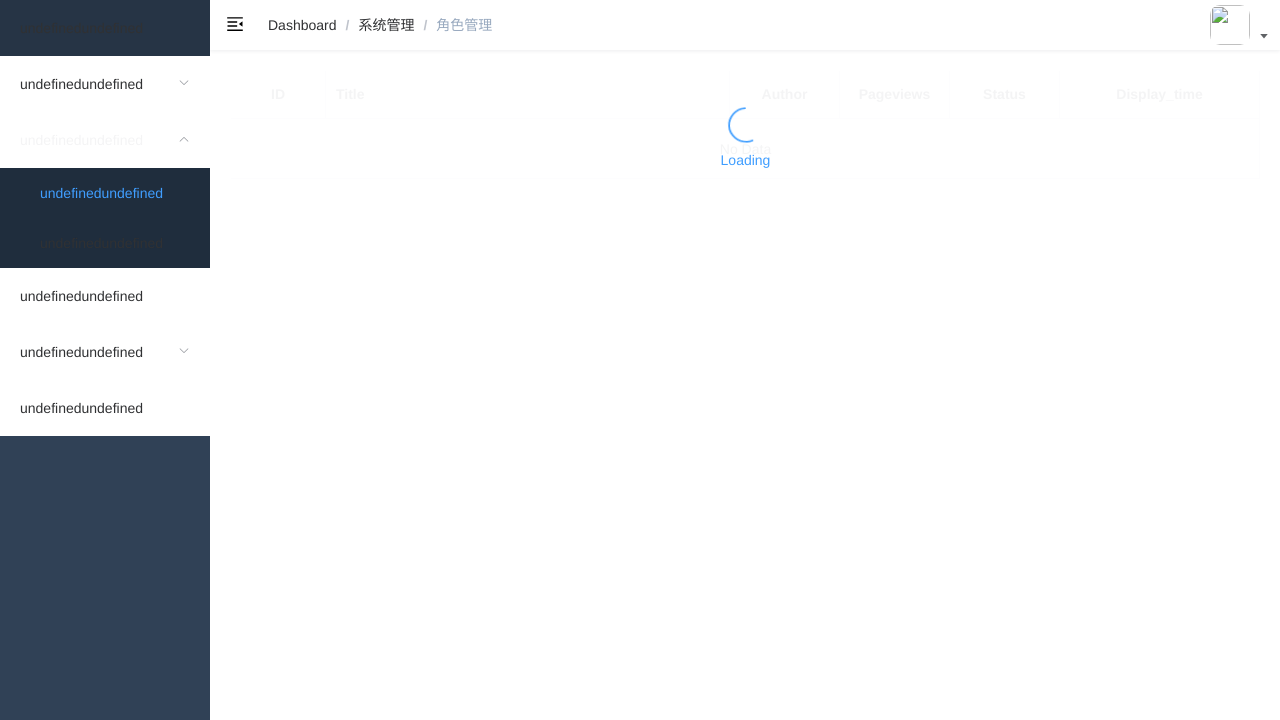
Repository: Ragnarokoo/perm-auth-front
Page: /#/system/sysRole (app in system-front/)
These files come from the project's save history. The page is drawn as it stood at one moment and after the next save; the edit follows.
The browser window is 1280 px wide. The pictures show the whole page.
The page's requests for data from a server got no answer. The project was rebuilt for these pictures with package versions that can differ from the ones it lists, and the page was loaded fresh each time. No one was signed in, and anything a server would have sent is missing. Also part of the build but not shown: system-front/vue.config.js, system-front/src/layout/components/Sidebar/Logo.vue, system-front/src/styles/variables.scss, system-front/src/components/SvgIcon/index.vue. Imported but missing from the stored project, and not drawn on this page: system-front/src/permission.

Above is the page before, as saved 2022-10-31 17:27:39.

After the next save:
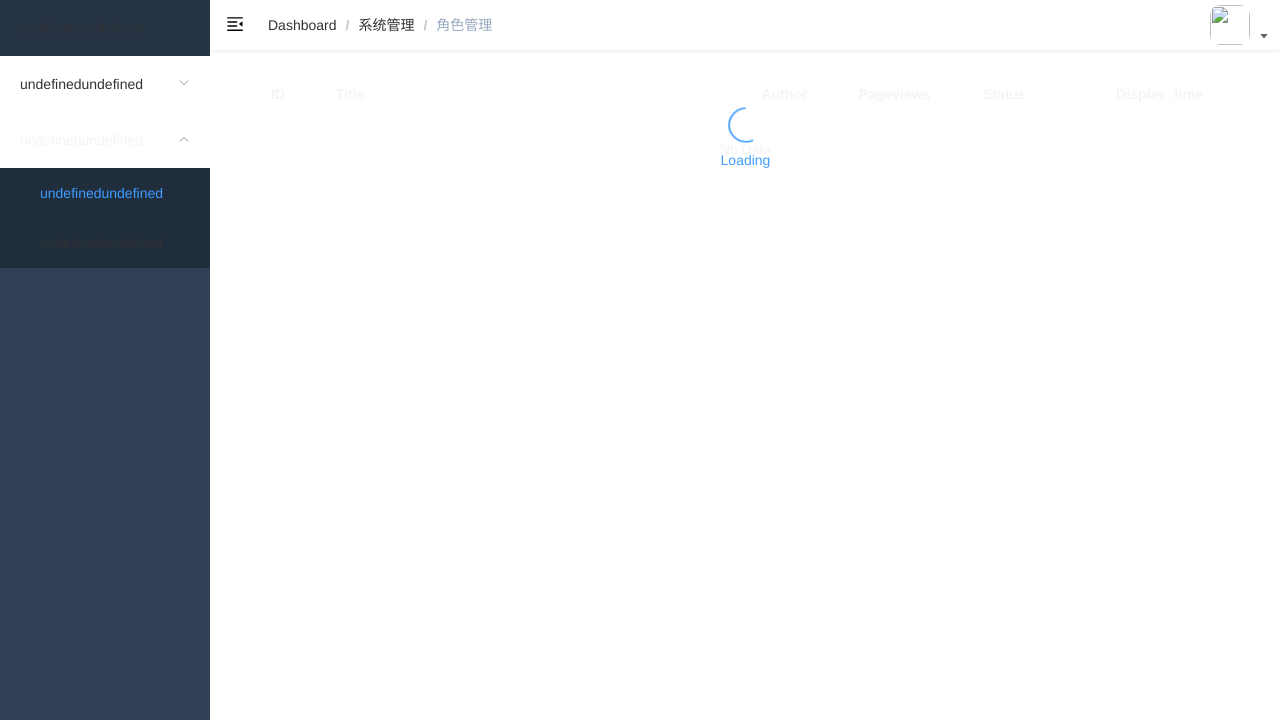
Saved 41 s later.
--- a/system-front/src/router/index.js
+++ b/system-front/src/router/index.js
@@ -101,91 +101,6 @@ export const constantRoutes = [
     ],
   },
 
-  {
-    path: "/form",
-    component: Layout,
-    children: [
-      {
-        path: "index",
-        name: "Form",
-        component: () => import("@/views/form/index"),
-        meta: { title: "Form", icon: "form" },
-      },
-    ],
-  },
-
-  {
-    path: "/nested",
-    component: Layout,
-    redirect: "/nested/menu1",
-    name: "Nested",
-    meta: {
-      title: "Nested",
-      icon: "nested",
-    },
-    children: [
-      {
-        path: "menu1",
-        component: () => import("@/views/nested/menu1/index"), // Parent router-view
-        name: "Menu1",
-        meta: { title: "Menu1" },
-        children: [
-          {
-            path: "menu1-1",
-            component: () => import("@/views/nested/menu1/menu1-1"),
-            name: "Menu1-1",
-            meta: { title: "Menu1-1" },
-          },
-          {
-            path: "menu1-2",
-            component: () => import("@/views/nested/menu1/menu1-2"),
-            name: "Menu1-2",
-            meta: { title: "Menu1-2" },
-            children: [
-              {
-                path: "menu1-2-1",
-                component: () =>
-                  import("@/views/nested/menu1/menu1-2/menu1-2-1"),
-                name: "Menu1-2-1",
-                meta: { title: "Menu1-2-1" },
-              },
-              {
-                path: "menu1-2-2",
-                component: () =>
-                  import("@/views/nested/menu1/menu1-2/menu1-2-2"),
-                name: "Menu1-2-2",
-                meta: { title: "Menu1-2-2" },
-              },
-            ],
-          },
-          {
-            path: "menu1-3",
-            component: () => import("@/views/nested/menu1/menu1-3"),
-            name: "Menu1-3",
-            meta: { title: "Menu1-3" },
-          },
-        ],
-      },
-      {
-        path: "menu2",
-        component: () => import("@/views/nested/menu2/index"),
-        name: "Menu2",
-        meta: { title: "menu2" },
-      },
-    ],
-  },
-
-  {
-    path: "external-link",
-    component: Layout,
-    children: [
-      {
-        path: "https://panjiachen.github.io/vue-element-admin-site/#/",
-        meta: { title: "External Link", icon: "link" },
-      },
-    ],
-  },
-
   // 404 page must be placed at the end !!!
   { path: "*", redirect: "/404", hidden: true },
 ];
